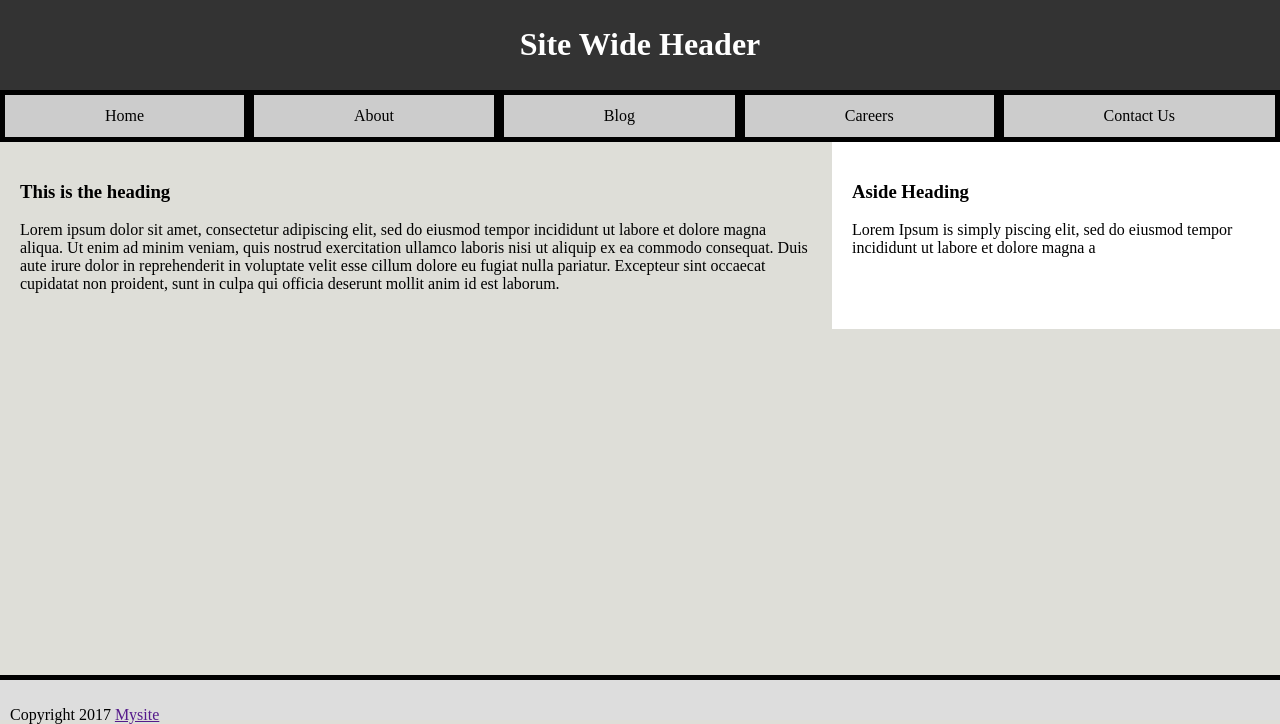
Repository: ayeza-baseer/AssignmentFlexbox
Page: assignment.html
These files come from the project's save history. The page is drawn as it stood at one moment and after the next save; the edit follows.
The browser window is 1280 px wide. The pictures show the whole page.

Above is the page before, as saved 2023-03-17 17:25:00.

### assignment.html
<!DOCTYPE html>
<html lang="en">
<head>
    <title>Assignment</title>
    <meta name="viewport" content="width=device-width, initial-scale=1, minimum-scale=1" />
    <link rel="stylesheet" href="assignment.css">


</head>
<body>
<div class="main-class">
    <header class="header"><h1>
        Site Wide Header
    </h1></header>
    <div class="navbar">
        <a href="#">Home</a>
        <a href="#">About</a>
        <a href="#">Blog</a>
        <a href="#">Careers</a>
        <a href="#">Contact Us</a>
      </div>
    <div class="row">
      <div class="main">
        <h3>This is the heading</h3>
        <p>Lorem ipsum dolor sit amet, consectetur adipiscing elit, sed do eiusmod tempor incididunt ut labore et dolore magna aliqua. Ut enim ad minim veniam, quis nostrud exercitation ullamco laboris nisi ut aliquip ex ea commodo consequat. Duis aute irure dolor in reprehenderit in voluptate velit esse cillum dolore eu fugiat nulla pariatur. Excepteur sint occaecat cupidatat non proident, sunt in culpa qui officia deserunt mollit anim id est laborum.</p>
      </div>
      <div class="aside">
        <h3>Aside Heading</h3>
        <p>Lorem Ipsum is simply  piscing elit, sed do eiusmod tempor incididunt ut labore et dolore magna a</p>
      </div>
    </div>




    <footer class="footer">
        <p>Copyright 2017 <a href> Mysite</a></p>
    </footer>

</div>




</body>
</html>

### assignment.css
.header {
    padding: 5px;
    background-color: #333;
    color: #ccc;
    order:1;
    text-align: center;

    color: white;
  }

  body {

    margin: 0;
    background-color: #deded8;

  }
  .main-class{
    min-height: 100vh;
    display: flex;
    flex-direction:column;
  }
  .navbar {
    display: flex;
    background-color: black;
    order:2;
  }

  .navbar a {
    color: black;

    background-color: #ccc;
    padding: 12px 12px;
    text-decoration: none;
    text-align: center;
    flex-grow: 1;
    border: 5px solid black;
  }

  .navbar a:hover {
    color: red;
    border: 5px solid red;
  }

  .row {
    display: flex;
    flex-wrap:wrap;
    order:3;
    height:100%;
  }

  .row > .aside {
      flex:30%;
    background-color: white;

    padding: 20px;
  }

  /* Main column */
  .row >.main {
     flex:60%;
    padding: 20px;
  }

  .footer {
    margin-top: auto;
      padding: 10px;
      border-top: 5px solid black;
      background: #ddd;
     height:20px;
     order:16;
    }




    @media only screen and (max-width: 425px) {
      .row > .aside {
          flex:1 1 100%
        }
        .row >.main {
          flex:1 1 100%;
          padding: 20px;
        }
        .navbar{
          order:10
        }
    }

After the next save:
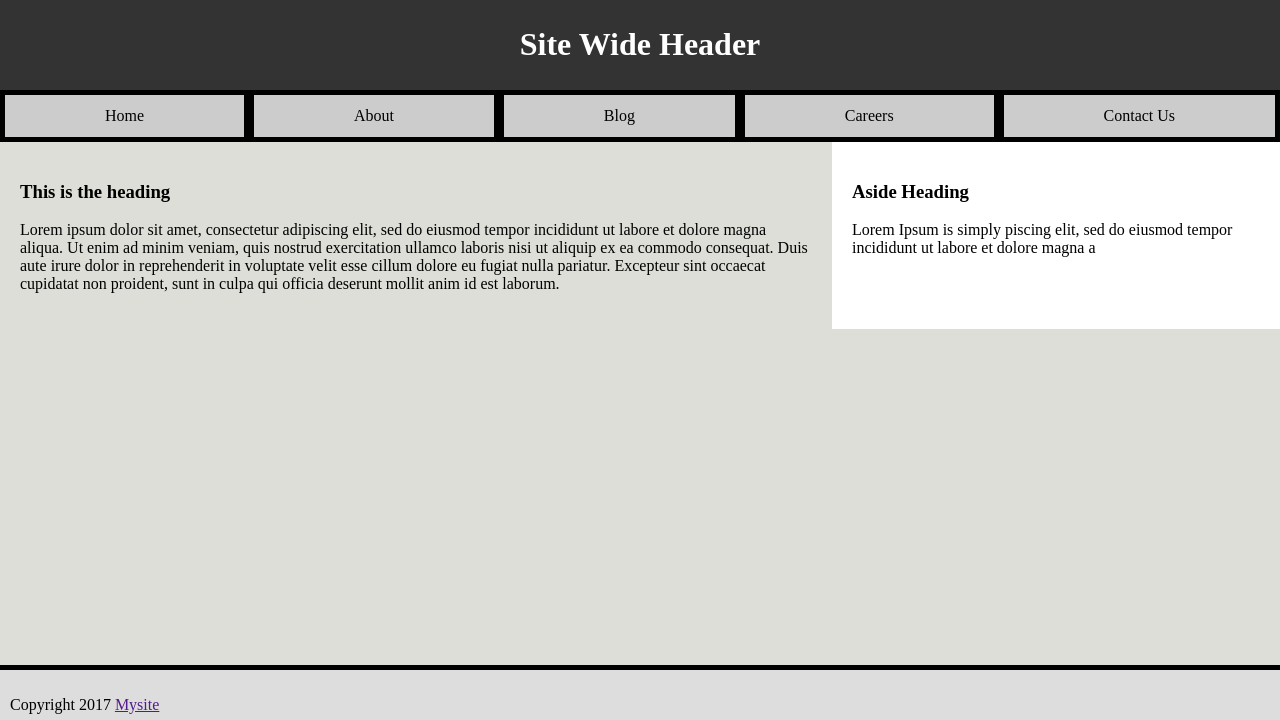
Saved 97 s later.
--- a/assignment.css
+++ b/assignment.css
@@ -66,7 +66,7 @@
       padding: 10px;
       border-top: 5px solid black;
       background: #ddd;
-     height:20px;
+     height:30px;
      order:16;
     }
 
